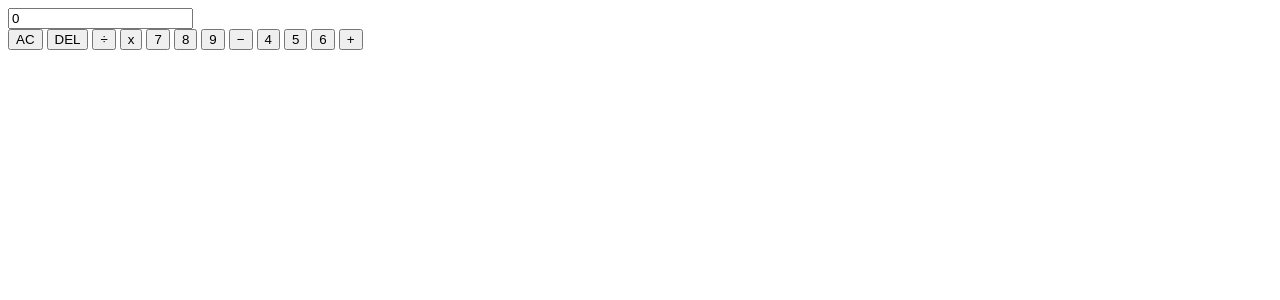
Repository: Mantombi81/Mozi--Calculator
Page: index.html
The author's editor kept a copy of each file at every save. The page is drawn from the files as they stood at one save, then again after the next save.
The browser window is 1280 px wide. The pictures show the whole page.

Above is the page before, as saved 2025-06-03 13:07:01.

### index.html
<!DOCTYPE html>
<html lang="en">
<head>
    <meta charset="UTF-8">
    <meta name="viewport" content="width=device-width, initial-scale=1.0">
    <title>Mozi Calculator App</title>
</head>
<body>
    <div class="calculator">
        <!-- numbers display when a user type something -->
         <div class="display">
            <input type="text" id="display" value="0" readonly>
         </div>
         <!-- buttons grid -->
          <div class="buttons">
            <!-- first row -->
             <button class="btn clear" onclick="clearDisplay()">AC</button>
             <button class="btn operator" onclick="deleteLast()">DEL</button>
             <button class="btn operator" onclick="appendToDisplay('/')">÷</button>
             <button class="btn operator" onclick="appendToDisplay('*')">x</button>

             <!-- second row -->
              <button class="btn number" onclick="appendToDisplay('7')">7</button>
              <button class="btn number" onclick="appendToDisplay('8')">8</button>
              <button class="btn number" onclick="appendToDisplay('9')">9</button>
              <button class="btn operator" onclick="appendToDisplay('-')">−</button>

              <!-- Third row -->
              <button class="btn number" onclick="appendToDisplay('4')">4</button>
              <button class="btn number" onclick="appendToDisplay('5')">5</button>
              <button class="btn number" onclick="appendToDisplay('6')">6</button>
              <button class="btn operator" onclick="appendToDisplay('+')">+</button>

              <!-- Fourth row -->


          </div>
    </div>
</body>
</html>

After the next save:
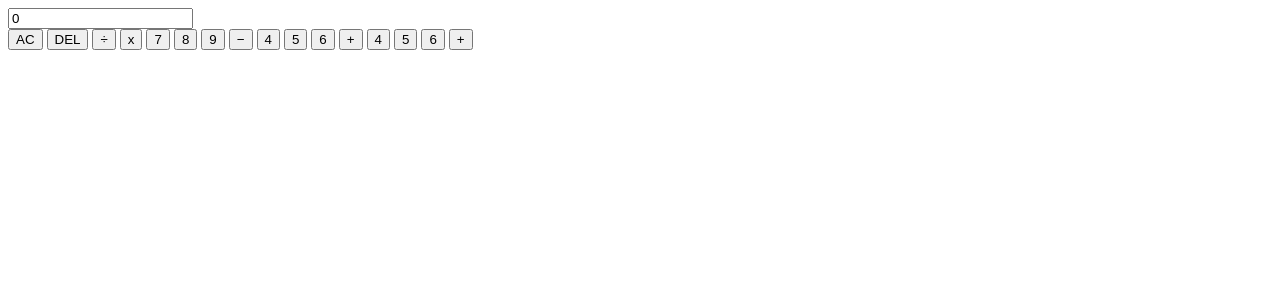
Saved 17 s later.
--- a/index.html
+++ b/index.html
@@ -32,7 +32,10 @@
               <button class="btn operator" onclick="appendToDisplay('+')">+</button>
 
               <!-- Fourth row -->
-
+              <button class="btn number" onclick="appendToDisplay('4')">4</button>
+              <button class="btn number" onclick="appendToDisplay('5')">5</button>
+              <button class="btn number" onclick="appendToDisplay('6')">6</button>
+              <button class="btn operator" onclick="appendToDisplay('+')">+</button>
 
           </div>
     </div>
